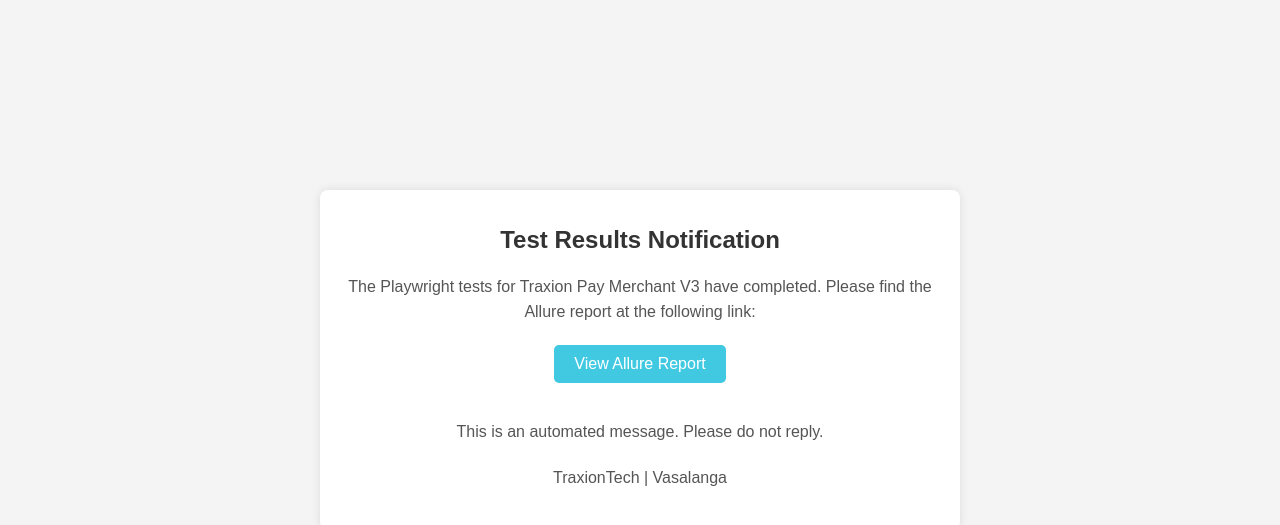
Repository: jmendozaqa24/TraxionPay-V3
Page: template.html
An editor plug-in stored every save of this project. The page is shown before and after the next save, followed by the edit.
The browser window is 1280 px wide. The pictures show the whole page.

Above is the page before, as saved 2025-01-31 09:50:00.

After the next save:
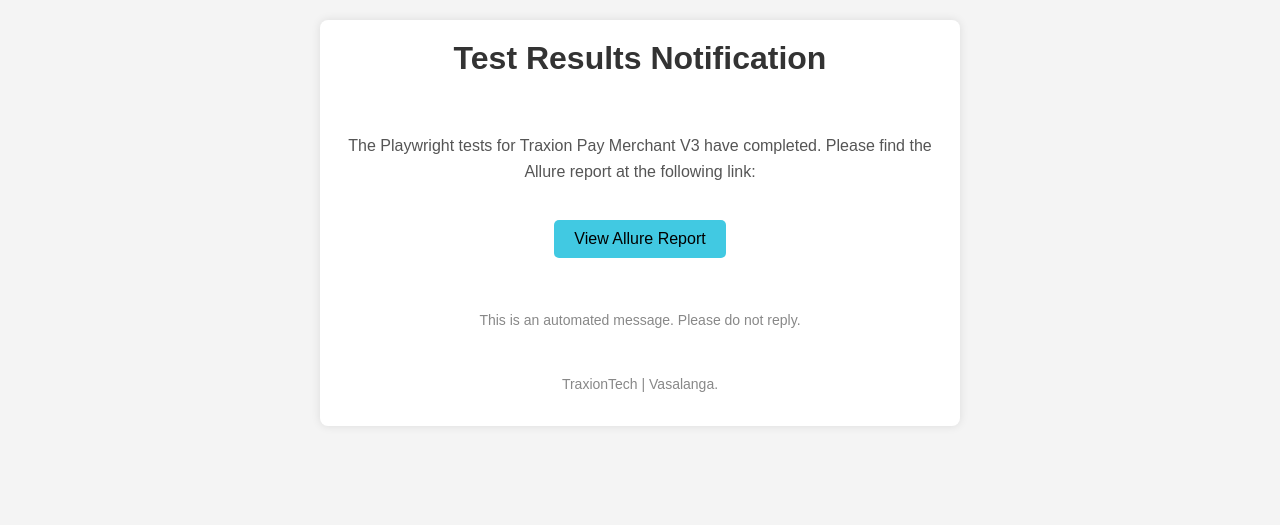
Saved 9 min 31 s later.
--- a/template.html
+++ b/template.html
@@ -1,17 +1,30 @@
 <!DOCTYPE html>
-<html lang="en">
-<head>
-    <meta charset="UTF-8">
-    <meta name="viewport" content="width=device-width, initial-scale=1.0">
-    <title>Email Confirmation</title>
-</head>
-<body style="font-family: Arial, sans-serif; background-color: #f4f4f4; margin: 0; padding: 0; display: flex; justify-content: center; align-items: center; height: 100vh;">
-    <div style="max-width: 600px; background-color: #ffffff; padding: 20px; border-radius: 8px; box-shadow: 0 0 10px rgba(0, 0, 0, 0.1); text-align: center;">
-        <h1 style="color: #333333; font-size: 24px; margin-bottom: 20px;">Test Results Notification</h1>
-        <p style="color: #555555; font-size: 16px; line-height: 1.6; margin-bottom: 20px;">The Playwright tests for Traxion Pay Merchant V3 have completed. Please find the Allure report at the following link:</p>
-        <a href="https://squids.co/email-confirmation/djsk937lDskU9sk192J/" style="display: inline-block; padding: 10px 20px; font-size: 16px; color: #ffffff; background-color: #41C9E2; border-radius: 5px; text-decoration: none; margin-bottom: 20px;"> View Allure Report</a>
-        <p style="color: #555555; font-size: 16px; line-height: 1.6; margin-bottom: 20px;">This is an automated message. Please do not reply.</p>
-        <p style="color: #555555; font-size: 16px; line-height: 1.6; margin-bottom: 20px;">TraxionTech | Vasalanga</p>
-    </div>
-</body>
-</html>
+            <html lang="en">
+            <head>
+                <meta charset="UTF-8">
+                <meta name="viewport" content="width=device-width, initial-scale=1.0">
+                <title>Test Results Notification</title>
+            </head>
+            <body style="font-family: Arial, sans-serif; background-color: #f4f4f4; margin: 5; padding: 5;">
+                <div style="max-width: 600px; margin: 20px auto; background-color: #ffffff; padding: 20px; border-radius: 8px; box-shadow: 0 0 10px rgba(0, 0, 0, 0.1);">
+                    <div style="text-align: center; padding-bottom: 20px;">
+                        <h1 style="color: #333333; margin: 0;, height: ">Test Results Notification</h1>
+                    </div>
+                    <div style="text-align: center; padding: 20px 0;">
+                        <p style="color: #555555; font-size: 16px; line-height: 1.6;">
+                            The Playwright tests for Traxion Pay Merchant V3 have completed. Please find the Allure report at the following link:
+                        </p>
+                        <a href="https://dread-vin.github.io/TraxionPay-V3/"
+                            style="display: inline-block; padding: 10px 20px; margin-top: 20px; font-size: 16px; color: #000000; background-color: #41C9E2; border-radius: 5px; text-decoration: none;">
+                            View Allure Report
+                        </a>
+                    </div>
+                    <div style="text-align: center; padding-top: 20px; font-size: 14px; color: #888888;">
+                        <p>This is an automated message. Please do not reply.</p>
+                    </div>
+                    <div style="text-align: center; padding-top: 20px; font-size: 14px; color: #888888;">
+                        <p>TraxionTech | Vasalanga.</p>
+                    </div>
+                </div>
+            </body>
+            </html>
